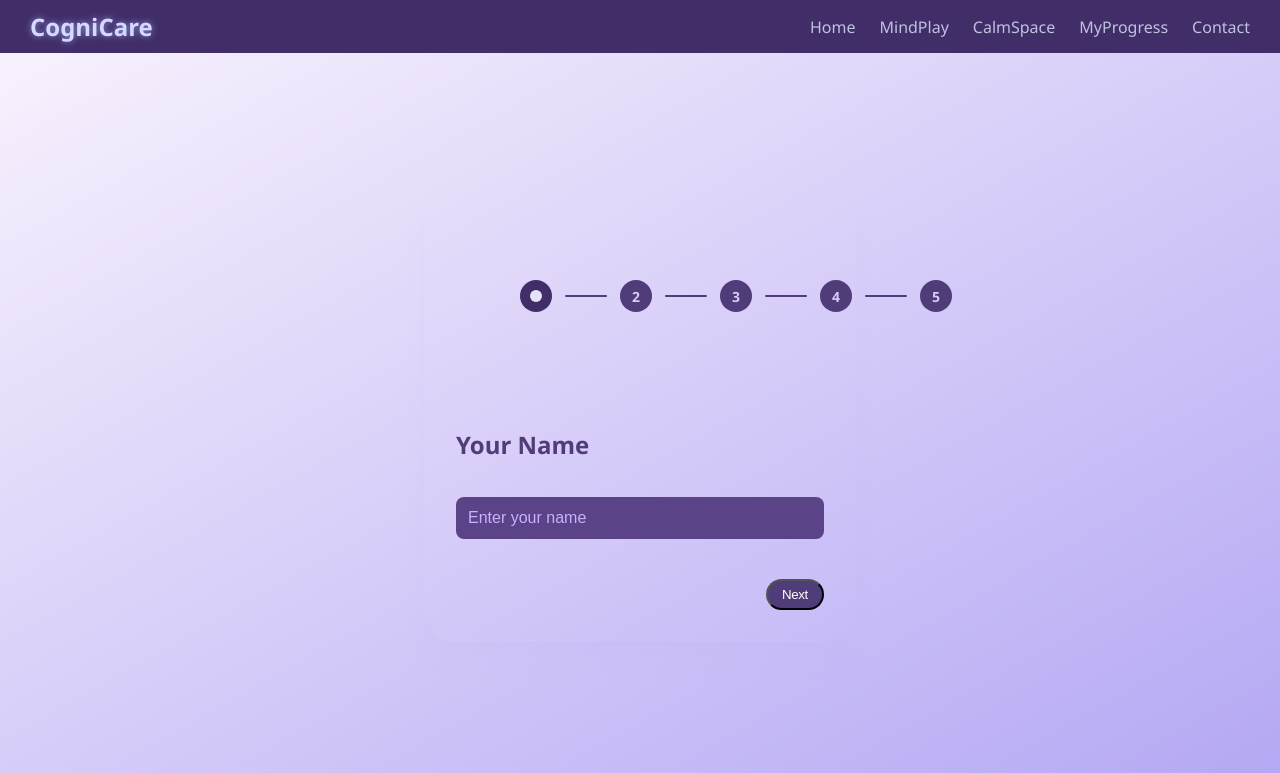
Repository: rujularaut/CogniCare
Page: /signup
An editor plug-in stored every save of this project. The page is shown before and after the next save, followed by the edit.
The browser window is 1280 px wide. The pictures show the whole page.
The project was rebuilt for these pictures with package versions that can differ from the ones it lists, and the page was loaded fresh each time. Also part of the build but not shown: src/components/Welcome.css, src/components/Welcome.js, src/components/Particles.css, src/components/Particles.js, src/components/Meditation.css, src/components/Meditation.js, src/components/Signup.css, src/components/Signup.js and 2 more.

Above is the page before, as saved 2025-06-24 15:02:51.

### src/App.js
import React from 'react';
import { BrowserRouter as Router, Routes, Route } from 'react-router-dom';
import './App.css';
import Welcome from './components/Welcome';
import Meditation from './components/Meditation';
import Signup from './components/Signup'; // ✅ Confirm this file exists
import Login from './components/Login';
import SignupStepper from './components/SignupStepper';

function App() {
  return (
    <Router>
      <div className="App">
        <nav>
          <div className="logo">CogniCare</div>
          <ul>
            <li><a href="/">Home</a></li>
            <li><a href="#">MindPlay</a></li>
            <li><a href="#">CalmSpace</a></li>
            <li><a href="#">MyProgress</a></li>
            <li><a href="#">Contact</a></li>
          </ul>
        </nav>

        <Routes>
          <Route path="/" element={
            <>
              <header>
                <h1>Welcome to CogniCare</h1>
                <p>Your mental health companion</p>
              </header>
              <Welcome />
              <Meditation />
            </>
          } />
          <Route path="/signup" element={<SignupStepper />} />
          <Route path="/signup" element={<Signup />} />
          <Route path="/login" element={<Login />} />
        </Routes>
      </div>
    </Router>
  );
}

export default App;

### src/App.css
body {
  margin: 0;
  padding: 0;
  font-family: 'Segoe UI', sans-serif;
  background-color: #0a001a;
  color: #d6d8ff;
}

nav {
  background-color: #412e69;
  color: #d6d8ff;
  display: flex;
  justify-content: space-between;
  align-items: center;
  padding: 10px 30px;
  box-shadow: 0 0 15px #a9b0ff20;
}

.logo {
  font-size: 24px;
  font-weight: bold;
  color: #d6d8ff;
  text-shadow: 0 0 6px #8b92d7;
}

nav ul {
  list-style: none;
  display: flex;
  gap: 24px;
  margin: 0;
  padding: 0;
}

nav ul li a {
  text-decoration: none;
  color: #c0c2e0;
  font-weight: 500;
  transition: color 0.3s ease;
}

nav ul li a:hover {
  color: #f7c258;
  text-shadow: 0 0 6px #a9b0ff;
}

header {
  background-color: #513c7a;
  padding: 5px;
  text-align: center;
  border-bottom: 6px solid #25003e;
}

h1 {
  margin-bottom: 10px;
  font-size: 45px;
  color: #d6d8ff;
  text-shadow: 0 0 10px #6c72ac;
}

p {
  font-size: 17px;
  color: #d6d8ff;
}

### src/components/SignupStepper.js
import React, { useState } from 'react';
import Stepper, { Step } from './Stepper';
import './SignupStepper.css';

const SignupStepper = () => {
  const [formData, setFormData] = useState({
    name: '',
    age: '',
    email: '',
    password: '',
  });

  const handleChange = (e) => {
    setFormData((prev) => ({ ...prev, [e.target.name]: e.target.value }));
  };

  return (
    <div className="signup-container">
      <Stepper
        initialStep={1}
        onFinalStepCompleted={() => console.log('Form complete', formData)}
        nextButtonText="Next"
        backButtonText="Back"
      >
        <Step>
          <h2>Your Name</h2>
          <input
            name="name"
            type="text"
            placeholder="Enter your name"
            value={formData.name}
            onChange={handleChange}
            required
          />
        </Step>
        <Step>
          <h2>Your Age</h2>
          <input
            name="age"
            type="number"
            placeholder="Enter your age"
            value={formData.age}
            onChange={handleChange}
            required
          />
        </Step>
        <Step>
          <h2>Email ID</h2>
          <input
            name="email"
            type="email"
            placeholder="Enter your email"
            value={formData.email}
            onChange={handleChange}
            required
          />
        </Step>
        <Step>
          <h2>Create Password</h2>
          <input
            name="password"
            type="password"
            placeholder="Create password"
            value={formData.password}
            onChange={handleChange}
            required
          />
        </Step>
        <Step>
          <h2>All Set!</h2>
          <p>Welcome, {formData.name} 🎉</p>
          <p>Already have an account? <a href="/login">Login here</a></p>
        </Step>
      </Stepper>
    </div>
  );
};

export default SignupStepper;

### src/components/Stepper.jsx
import React, { useState, Children, useRef, useLayoutEffect } from "react";
import { motion, AnimatePresence } from "framer-motion";

import "./Stepper.css";

export default function Stepper({
  children,
  initialStep = 1,
  onStepChange = () => { },
  onFinalStepCompleted = () => { },
  stepCircleContainerClassName = "",
  stepContainerClassName = "",
  contentClassName = "",
  footerClassName = "",
  backButtonProps = {},
  nextButtonProps = {},
  backButtonText = "Back",
  nextButtonText = "Continue",
  disableStepIndicators = false,
  renderStepIndicator,
  ...rest
}) {
  const [currentStep, setCurrentStep] = useState(initialStep);
  const [direction, setDirection] = useState(0);
  const stepsArray = Children.toArray(children);
  const totalSteps = stepsArray.length;
  const isCompleted = currentStep > totalSteps;
  const isLastStep = currentStep === totalSteps;

  const updateStep = (newStep) => {
    setCurrentStep(newStep);
    if (newStep > totalSteps) {
      onFinalStepCompleted();
    } else {
      onStepChange(newStep);
    }
  };

  const handleBack = () => {
    if (currentStep > 1) {
      setDirection(-1);
      updateStep(currentStep - 1);
    }
  };

  const handleNext = () => {
    if (!isLastStep) {
      setDirection(1);
      updateStep(currentStep + 1);
    }
  };

  const handleComplete = () => {
    setDirection(1);
    updateStep(totalSteps + 1);
  };

  return (
    <div className="outer-container" {...rest}>
      <div className={`step-circle-container ${stepCircleContainerClassName}`}>
        <div className={`step-indicator-row ${stepContainerClassName}`}>
          {stepsArray.map((_, index) => {
            const stepNumber = index + 1;
            const isNotLastStep = index < totalSteps - 1;
            return (
              <React.Fragment key={stepNumber}>
                {renderStepIndicator ? (
                  renderStepIndicator({
                    step: stepNumber,
                    currentStep,
                    onStepClick: (clicked) => {
                      setDirection(clicked > currentStep ? 1 : -1);
                      updateStep(clicked);
                    },
                  })
                ) : (
                  <StepIndicator
                    step={stepNumber}
                    disableStepIndicators={disableStepIndicators}
                    currentStep={currentStep}
                    onClickStep={(clicked) => {
                      setDirection(clicked > currentStep ? 1 : -1);
                      updateStep(clicked);
                    }}
                  />
                )}
                {isNotLastStep && (
                  <StepConnector isComplete={currentStep > stepNumber} />
                )}
              </React.Fragment>
            );
          })}
        </div>

        <StepContentWrapper
          isCompleted={isCompleted}
          currentStep={currentStep}
          direction={direction}
          className={`step-content-default ${contentClassName}`}
        >
          {stepsArray[currentStep - 1]}
        </StepContentWrapper>

        {!isCompleted && (
          <div className={`footer-container ${footerClassName}`}>
            <div className={`footer-nav ${currentStep !== 1 ? "spread" : "end"}`}>
              {currentStep !== 1 && (
                <button
                  onClick={handleBack}
                  className={`back-button ${currentStep === 1 ? "inactive" : ""}`}
                  {...backButtonProps}
                >
                  {backButtonText}
                </button>
              )}
              <button
                onClick={isLastStep ? handleComplete : handleNext}
                className="next-button"
                {...nextButtonProps}
              >
                {isLastStep ? "Complete" : nextButtonText}
              </button>
            </div>
          </div>
        )}
      </div>
    </div>
  );
}

function StepContentWrapper({ isCompleted, currentStep, direction, children, className }) {
  const [parentHeight, setParentHeight] = useState(0);

  return (
    <motion.div
      className={className}
      style={{ position: "relative", overflow: "hidden" }}
      animate={{ height: isCompleted ? 0 : parentHeight }}
      transition={{ type: "spring", duration: 0.4 }}
    >
      <AnimatePresence initial={false} mode="sync" custom={direction}>
        {!isCompleted && (
          <SlideTransition key={currentStep} direction={direction} onHeightReady={(h) => setParentHeight(h)}>
            {children}
          </SlideTransition>
        )}
      </AnimatePresence>
    </motion.div>
  );
}

function SlideTransition({ children, direction, onHeightReady }) {
  const containerRef = useRef(null);

  useLayoutEffect(() => {
    if (containerRef.current) onHeightReady(containerRef.current.offsetHeight);
  }, [children, onHeightReady]);

  return (
    <motion.div
      ref={containerRef}
      custom={direction}
      variants={stepVariants}
      initial="enter"
      animate="center"
      exit="exit"
      transition={{ duration: 0.4 }}
      style={{ position: "absolute", left: 0, right: 0, top: 0 }}
    >
      {children}
    </motion.div>
  );
}

const stepVariants = {
  enter: (dir) => ({
    x: dir >= 0 ? "-100%" : "100%",
    opacity: 0,
  }),
  center: {
    x: "0%",
    opacity: 1,
  },
  exit: (dir) => ({
    x: dir >= 0 ? "50%" : "-50%",
    opacity: 0,
  }),
};

export function Step({ children }) {
  return <div className="step-default">{children}</div>;
}

function StepIndicator({ step, currentStep, onClickStep, disableStepIndicators }) {
  const status = currentStep === step ? "active" : currentStep < step ? "inactive" : "complete";

  const handleClick = () => {
    if (step !== currentStep && !disableStepIndicators) onClickStep(step);
  };

  return (
    <motion.div onClick={handleClick} className="step-indicator" animate={status} initial={false}>
      <motion.div
        variants={{
          inactive: { scale: 1, backgroundColor: "#513c7a", color: "#d7cbf9" },
          active: { scale: 1, backgroundColor: "#412e69", color: "#d7cbf9" },
          complete: { scale: 1, backgroundColor: "#412e69", color: "#d7cbf9" },
        }}
        transition={{ duration: 0.3 }}
        className="step-indicator-inner"
      >
        {status === "complete" ? (
          <CheckIcon className="check-icon" />
        ) : status === "active" ? (
          <div className="active-dot" />
        ) : (
          <span className="step-number">{step}</span>
        )}
      </motion.div>
    </motion.div>
  );
}

function StepConnector({ isComplete }) {
  const lineVariants = {
    incomplete: { width: 0, backgroundColor: "transparent" },
    complete: { width: "100%", backgroundColor: "#5227FF" },
  };

  return (
    <div className="step-connector">
      <motion.div
        className="step-connector-inner"
        variants={lineVariants}
        initial={false}
        animate={isComplete ? "complete" : "incomplete"}
        transition={{ duration: 0.4 }}
      />
    </div>
  );
}

function CheckIcon(props) {
  return (
    <svg {...props} fill="none" stroke="currentColor" strokeWidth={2} viewBox="0 0 24 24">
      <motion.path
        initial={{ pathLength: 0 }}
        animate={{ pathLength: 1 }}
        transition={{ delay: 0.1, type: "tween", ease: "easeOut", duration: 0.3 }}
        strokeLinecap="round"
        strokeLinejoin="round"
        d="M5 13l4 4L19 7"
      />
    </svg>
  );
}

### src/components/SignupStepper.css
.signup-container {
background: linear-gradient(to bottom right, #f8f1fd, #b5a8f4);
  color: #513c7a;
  min-height: 100vh;
  display: flex;
  justify-content: center;
  align-items: center;
}

input {
  width: 100%;
  padding: 12px;
  margin-top: 1em;
  border-radius: 8px;
  border: none;
  font-size: 16px;
  background-color: #5a4386;
  color: #d7cbf9;
}

input::placeholder {
  color: #cab0ff;
}

### src/components/Stepper.css
.outer-container {
  display: flex;
  min-height: 100%;
  flex: 1 1 0%;
  flex-direction: column;
  align-items: center;
  justify-content: center;
  padding: 1rem;
}

@media (min-width: 640px) {
  .outer-container {
    aspect-ratio: 4 / 3;
  }
}

@media (min-width: 768px) {
  .outer-container {
    aspect-ratio: 2 / 1;
  }
}

.step-circle-container {
  margin-left: auto;
  margin-right: auto;
  width: 100%;
  max-width: 27rem;
  border-radius: 2rem;
  box-shadow: 0 20px 25px -5px rgba(207, 178, 246, 0.1),
    0 10px 10px -5px rgba(193, 176, 247, 0.04);
}

.step-indicator-row {
  display: flex;
  width: 100%;
  align-items: center;
  padding: 6rem;
}

.step-content-default {
  position: relative;
  overflow: hidden;
}

.step-default {
  padding-left: 2rem;
  padding-right: 3.5rem;
}

.footer-container {
  padding-left: 2rem;
  padding-right: 2rem;
  padding-bottom: 2rem;
}

.footer-nav {
  margin-top: 2.5rem;
  display: flex;
}

.footer-nav.spread {
  justify-content: space-between;
}

.footer-nav.end {
  justify-content: flex-end;
}

.back-button {
  transition: all 350ms;
  border-radius: 9999px;
  padding: 0.25rem 0.5rem;
  color: #513c7a;
  cursor: pointer ;
}

.back-button:hover {
  color: #513c7a;
}

.back-button.inactive {
  pointer-events: none;
  opacity: 0.5;
  color: #513c7a;
}

.next-button {
  transition: all 350ms;
  display: flex;
  align-items: center;
  justify-content: center;
  border-radius: 9999px;
  background-color: #513c7a;
  color: #fff;
  font-weight: 500;
  letter-spacing: -0.025em;
  padding: 0.375rem 0.875rem;
  cursor: pointer;
}

.next-button:hover {
  background-color: #3c256a;
}

.next-button:active {
  background-color: #513c7a;
}

.step-indicator {
  position: relative;
  cursor: pointer;
  outline: none;
}

.step-indicator-inner {
  display: flex;
  height: 2rem;
  width: 2rem;
  align-items: center;
  justify-content: center;
  border-radius: 9999px;
  font-weight: 600;
}

.active-dot {
  height: 0.75rem;
  width: 0.75rem;
  border-radius: 9999px;
  background-color: #e8e2f9;
}

.step-number {
  font-size: 0.875rem;
}

.step-connector {
  position: relative;
  margin-left: 0.8rem;
  margin-right: 0.8rem;
  height: 0.125rem;
  flex: 1;
  overflow: hidden;
  border-radius: 0.25rem;
  background-color: #513c7a;
}

.step-connector-inner {
  position: absolute;
  left: 0;
  top: 0;
  height: 100%;
}

.check-icon {
  height: 1.5rem;
  width: 1.5rem;
  color: #e8e2f9;
}

Loaded but not shown: public/index.html (common file); src/index.js (common file); src/index.css (common file)

After the next save:
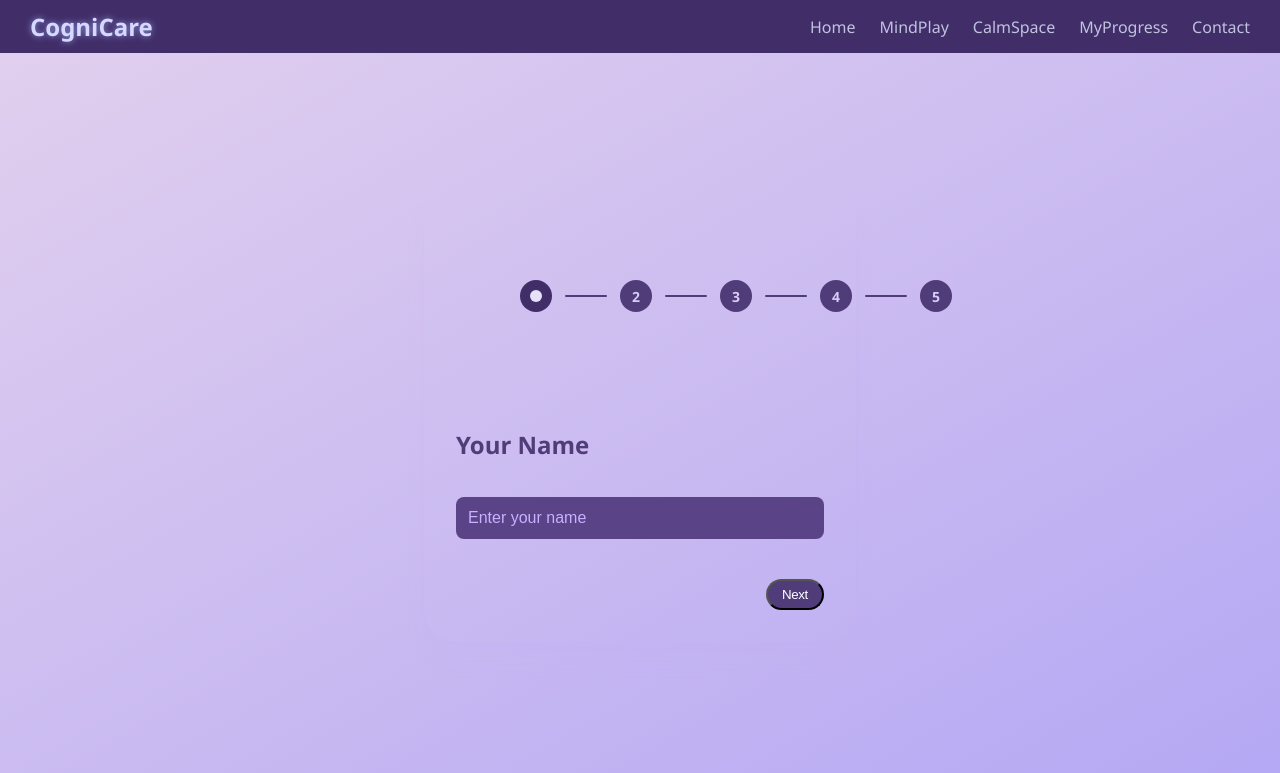
Saved 7 s later.
--- a/src/components/SignupStepper.css
+++ b/src/components/SignupStepper.css
@@ -1,5 +1,5 @@
 .signup-container {
-background: linear-gradient(to bottom right, #f8f1fd, #b5a8f4);
+background: linear-gradient(to bottom right, #e1cfee, #b5a8f4);
   color: #513c7a;
   min-height: 100vh;
   display: flex;
